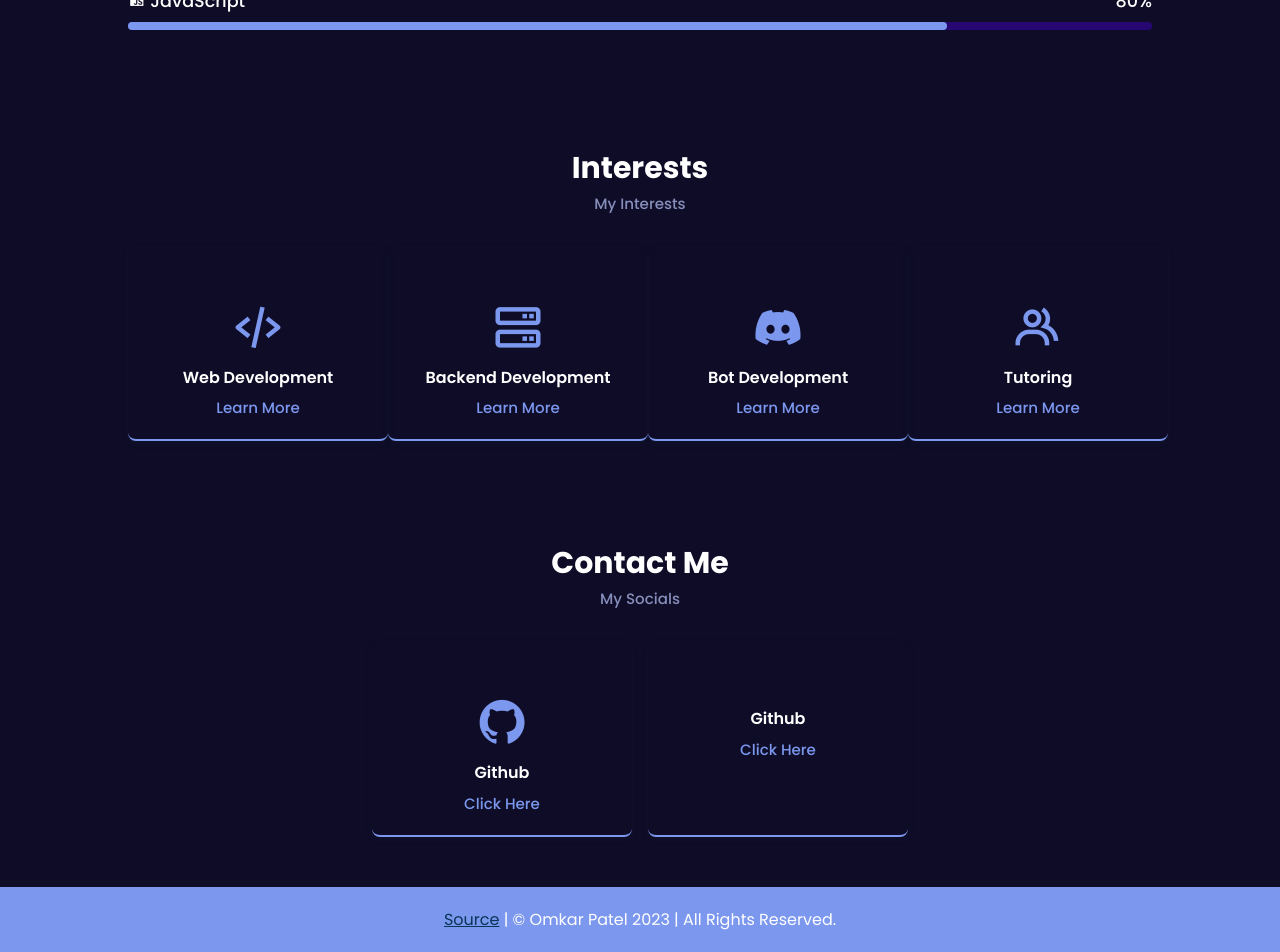
Repository: omkarxpatel/Omkar-Portfolio
Page: src/index.html
An editor plug-in stored every save of this project. The page is shown before and after a run of saves, followed by the edit.
The browser window is 1280 px wide. The pictures show the part of the page from y = 1925 to 2877 px (the page is 2877 px tall).
A picture or video elsewhere on the page could not be fetched, so the positions and the page height are approximate.

Above is the page before, as saved 2023-03-25 18:07:13.

After the next 5 saves:
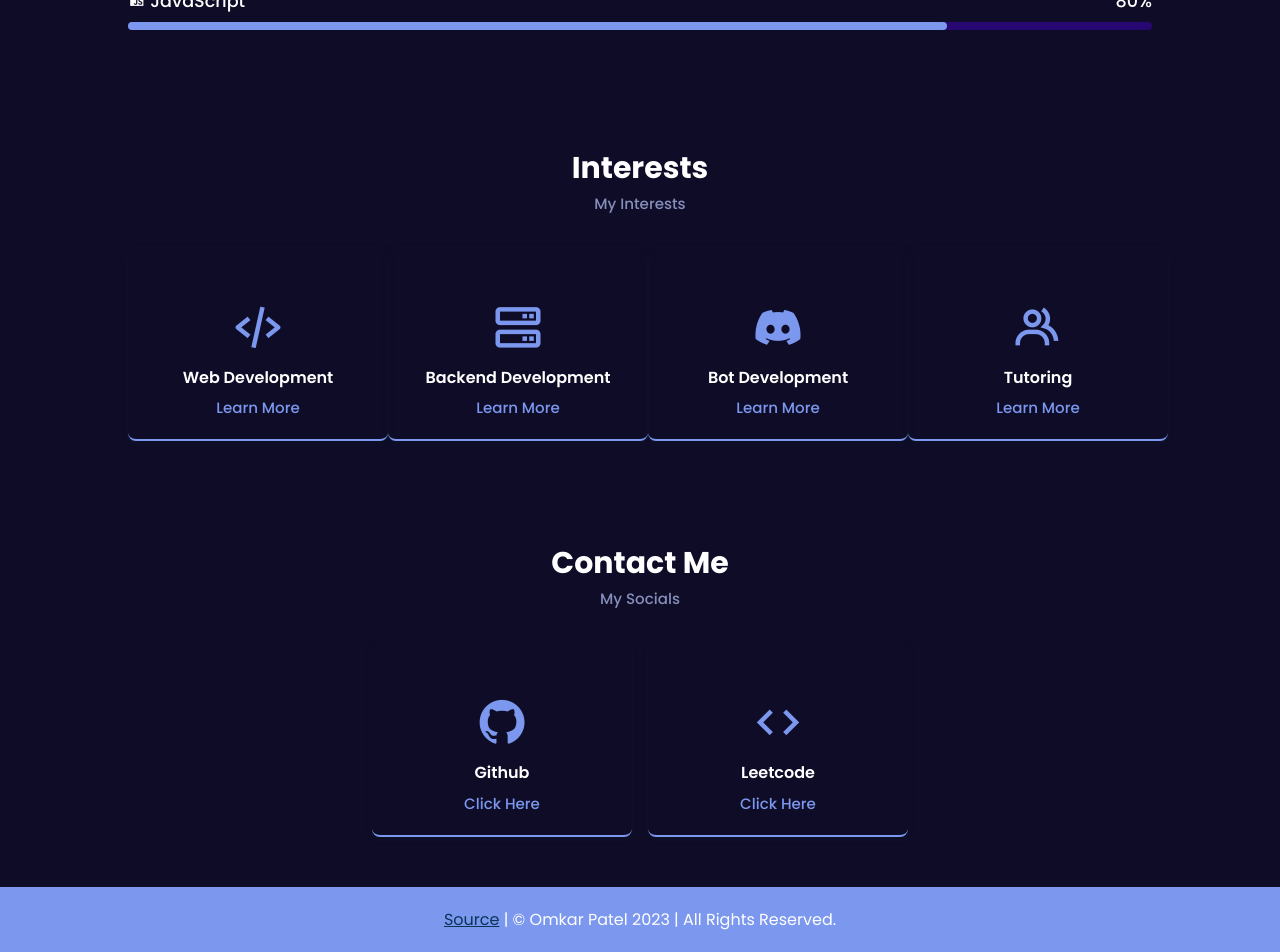
The 5 saves are shown as one change because they came seconds apart.
The last was saved 15 s later.
--- a/src/index.html
+++ b/src/index.html
@@ -256,9 +256,9 @@
         </div>
 
         <div class="interests-box">
-            <i class='bx leet'></i>
-            <h3>Github</h3>
-            <a href="#contact" onclick="window.open('https://github.com/omkarxpatel', '_blank');">Click Here</a>
+            <i class='bx bx-code'></i>
+            <h3>Leetcode</h3>
+            <a href="#contact" onclick="window.open('https://leetcode.com/omkarxpatel', '_blank');">Click Here</a>
         </div>
 
 
